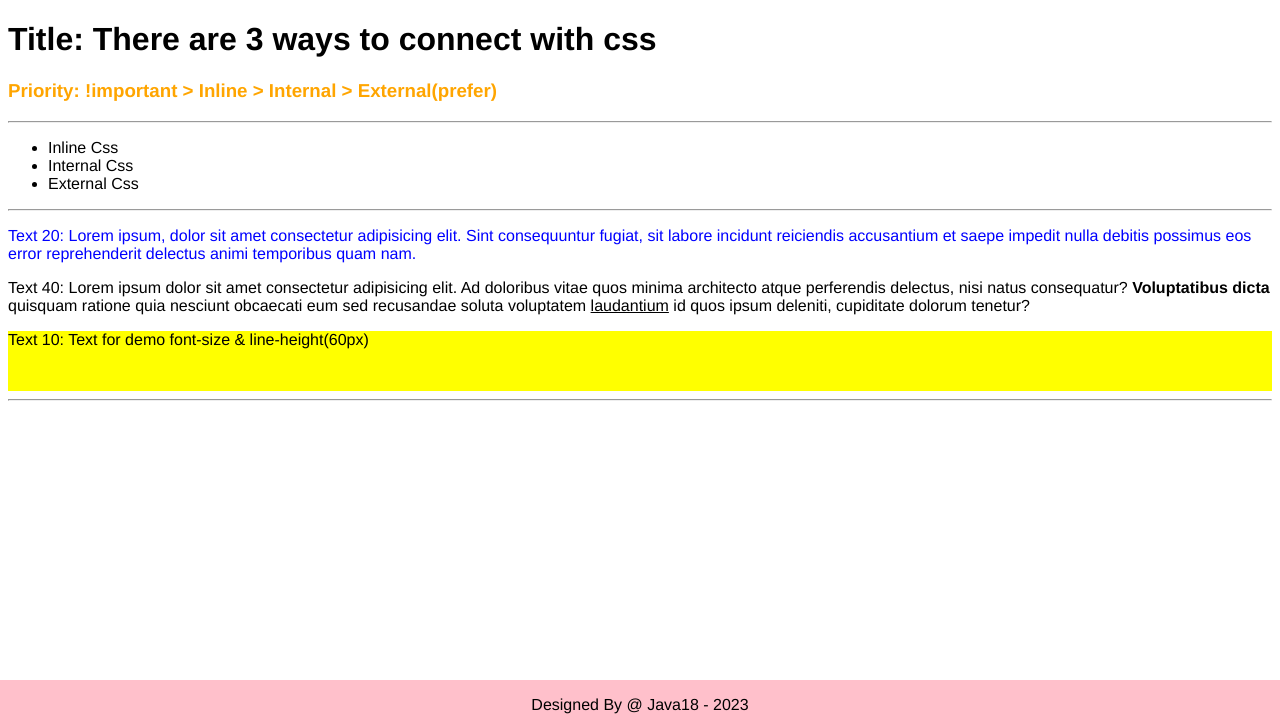
Repository: j4tdn/java18-repository
Page: 2. CSS3/ex03-base-content-basic-properties.html
These files come from the project's save history. The page is drawn as it stood at one moment and after the next save; the edit follows.
The browser window is 1280 px wide. The pictures show the whole page.

Above is the page before, as saved 2023-10-21 18:33:37.

After the next save:
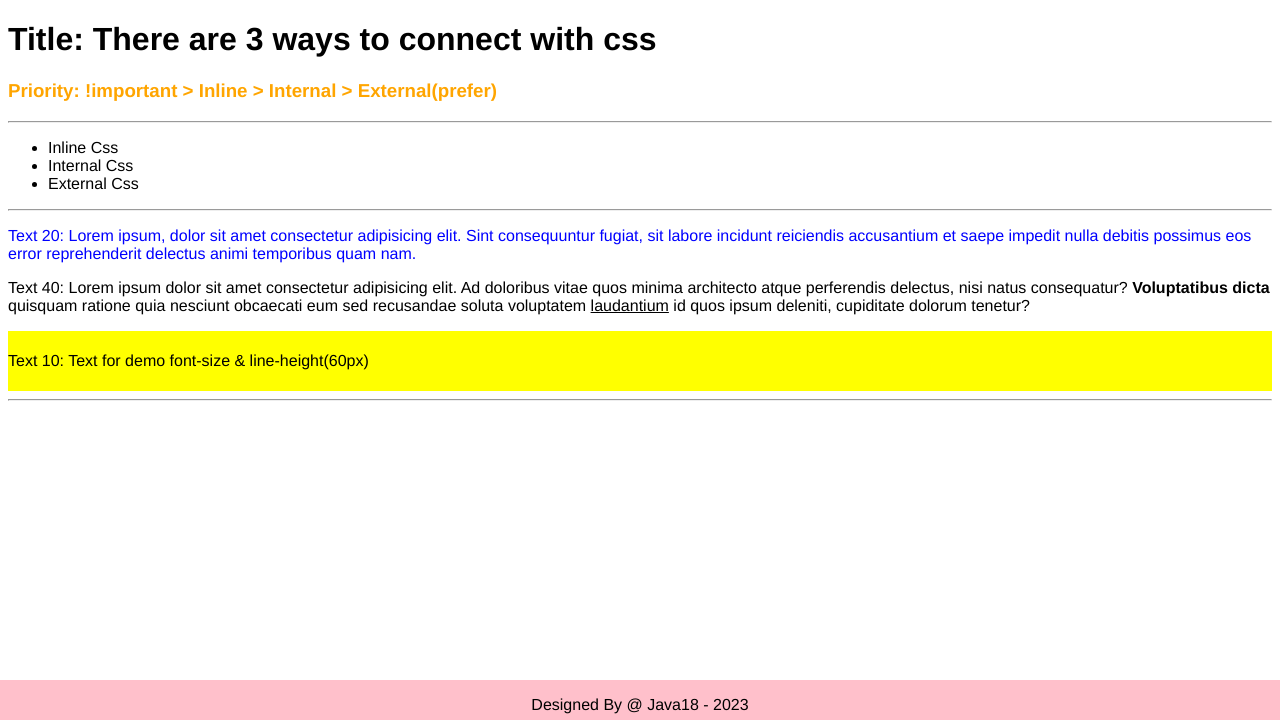
Saved 19 s later.
--- a/2. CSS3/css/style-base.css
+++ b/2. CSS3/css/style-base.css
@@ -30,3 +30,6 @@
   height: 60px;
   background-color: yellow;
 }
+.text10lh {
+  line-height: 60px;
+}
